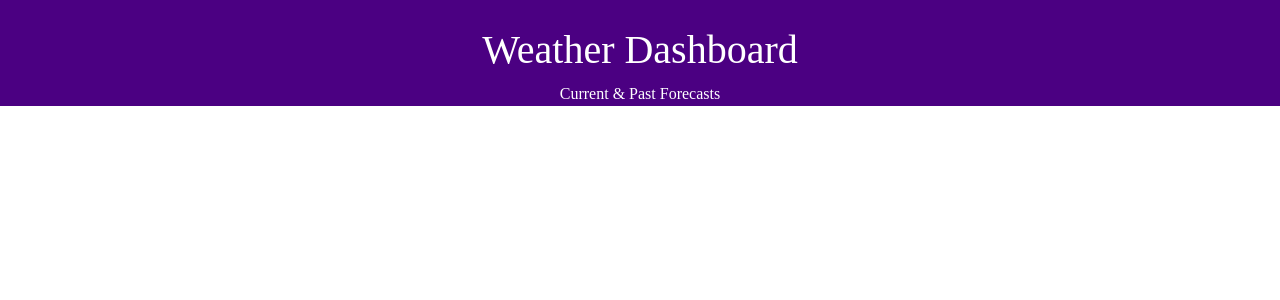
Repository: Llenrocc/Weather_API
Page: index.html
These files come from the project's save history. The page is drawn as it stood at one moment and after the next save; the edit follows.
The browser window is 1280 px wide. The pictures show the whole page.
Some web fonts or font styles are not loaded; a fallback is used.

Above is the page before, as saved 2020-07-17 21:58:26.

### index.html
<!DOCTYPE html>
<html lang="en">
<head>
    <meta charset="UTF-8">
    <meta name="viewport" content="width=device-width, initial-scale=1.0">
    <link rel="stylesheet" href="https://stackpath.bootstrapcdn.com/bootstrap/4.5.0/css/bootstrap.min.css" integrity="sha384-9aIt2nRpC12Uk9gS9baDl411NQApFmC26EwAOH8WgZl5MYYxFfc+NcPb1dKGj7Sk" crossorigin="anonymous">
    <link rel="stylesheet" href="style.css">
    <link href="https://fonts.googleapis.com/css2?family=Just+Another+Hand&family=Sedgwick+Ave&display=swap" rel="stylesheet">
    <title>Weather Dashboard</title>
</head>
<body>
    <div class = "header">
        <h1>Weather Dashboard</h1>
        <p>Current & Past Forecasts</p>
    </div>


    <script src="script.js"></script>
    <script src="https://code.jquery.com/jquery-3.5.1.min.js" integrity="sha256-9/aliU8dGd2tb6OSsuzixeV4y/faTqgFtohetphbbj0=" crossorigin="anonymous"></script>
    <script src="https://code.jquery.com/jquery-3.5.1.slim.min.js" integrity="sha384-DfXdz2htPH0lsSSs5nCTpuj/zy4C+OGpamoFVy38MVBnE+IbbVYUew+OrCXaRkfj" crossorigin="anonymous"></script>
    <script src="https://cdn.jsdelivr.net/npm/popper.js@1.16.0/dist/umd/popper.min.js" integrity="sha384-Q6E9RHvbIyZFJoft+2mJbHaEWldlvI9IOYy5n3zV9zzTtmI3UksdQRVvoxMfooAo" crossorigin="anonymous"></script>
    <script src="https://stackpath.bootstrapcdn.com/bootstrap/4.5.0/js/bootstrap.min.js" integrity="sha384-OgVRvuATP1z7JjHLkuOU7Xw704+h835Lr+6QL9UvYjZE3Ipu6Tp75j7Bh/kR0JKI" crossorigin="anonymous"></script>
</body>
</html>

### style.css
.header {
    padding-top: 2%;
    text-align: center;
    background-color: #4B0082;
    color: white;
    font-family: 'Just Another Hand', cursive;
}

Loaded but not shown: script.js (no copy from this time; the picture is the same without it)

After the next save:
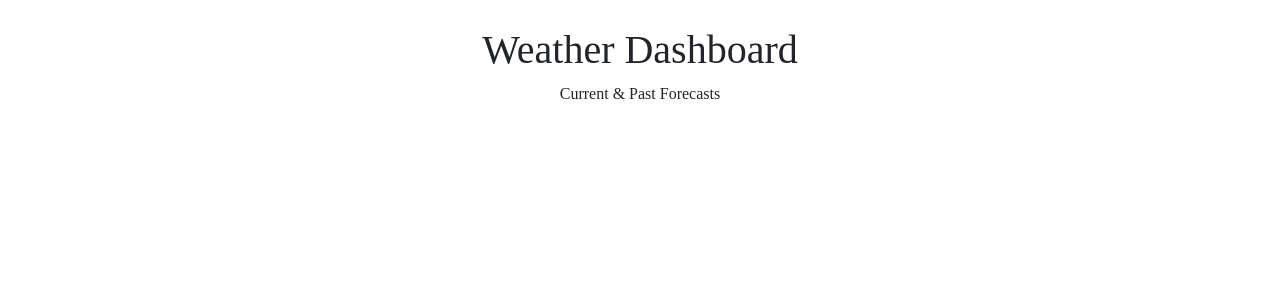
Saved 95 s later.
--- a/style.css
+++ b/style.css
@@ -1,7 +1,5 @@
 .header {
     padding-top: 2%;
     text-align: center;
-    background-color: #4B0082;
-    color: white;
     font-family: 'Just Another Hand', cursive;
 }
